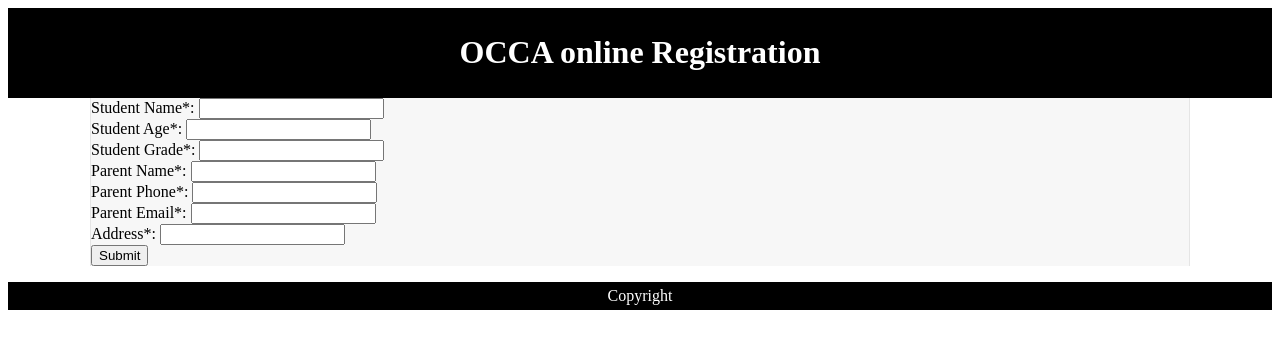
Repository: dreamxia329/TechExercise4830
Page: T3-0325-xia/T3-webProject-Xia/WebContent/register.html
These files come from the project's save history. The page is drawn as it stood at one moment and after the next save; the edit follows.
The browser window is 1280 px wide. The pictures show the whole page.

Above is the page before, as saved 2022-03-31 15:50:44.

After the next save:
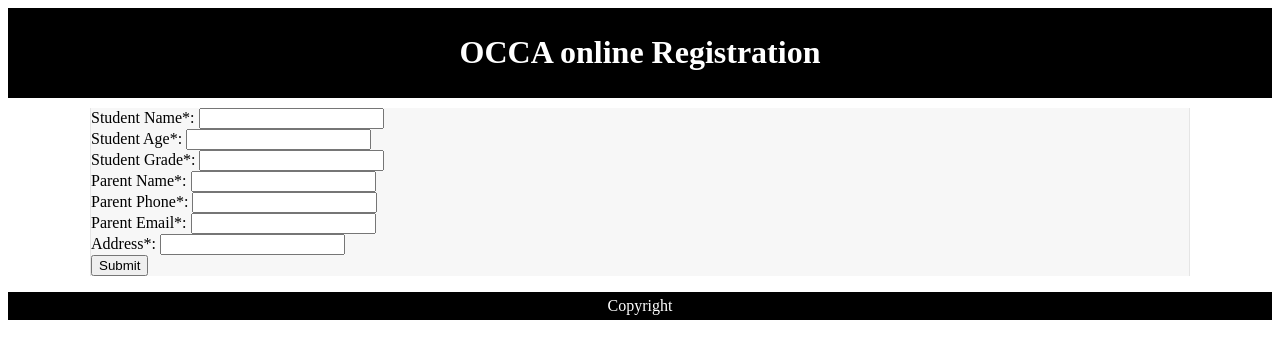
Saved 71 s later.
--- a/T3-0325-xia/T3-webProject-Xia/WebContent/register.html
+++ b/T3-0325-xia/T3-webProject-Xia/WebContent/register.html
@@ -18,7 +18,7 @@ nav {
 }
 
 section {
-	margin: 0px auto 0px auto;
+	margin: 10px auto 10px auto;
 	max-width: 1098px;
 	border-left: 1px solid #e5e5e5;
 	border-right: 1px solid #e5e5e5;
